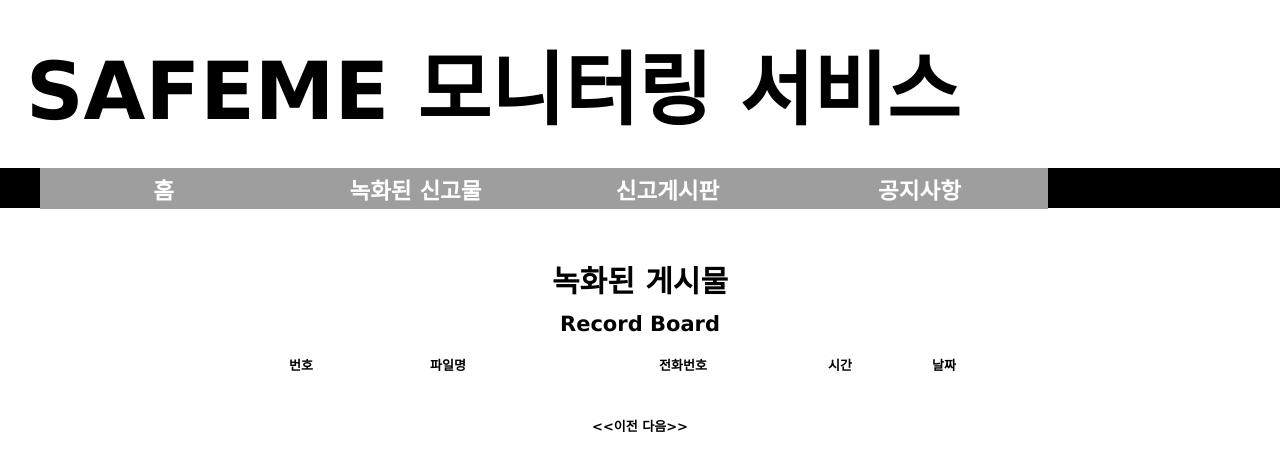
Repository: imdasom/SafeMe
Page: http://localhost/SafeMe/homepage/recordkesipan.jsp
An editor plug-in stored every save of this project. The page is shown before and after the next save, followed by the edit.
The browser window is 1280 px wide. The pictures show the whole page.
Pictures or frames that could not be fetched are drawn as grey boxes. The page is served by Tomcat 9. Queries for data that is not in the repository find no rows.

Above is the page before, as saved 2015-12-15 13:07:22.

### FinalSafeMeWeb/SafeMe/homepage/recordkesipan.jsp
<%@ page language="java" import="java.sql.*" contentType="text/html; charset=utf-8" pageEncoding="utf-8"%>
<html>
<head>
<jsp:include page="Home.jsp" flush="false" /></br></br>
<style>

</style>
<title>글 목록 보기</title>
</head>
<body bgcolor="white" text="black" link="blue" vlink="red" alink="red">
<p align="center"><br>
<div align="center"><h1>녹화된 게시물</h1>
<h1 style="font-size: 140%;">Record Board</h1>
<table border="0" cellpadding="0" cellspacing="0" width="700">
  	<tr style="background:#fof;">
        <td bgcolor="black"><table border="0" cellpadding="5" cellspacing="3" width="100%">
                <tr>
                    <th align="center" nowrap bgcolor="#FFFFFF"><p><font
                         size="2" color=black>번호</font></th>
                    <th width=250 align="center" nowrap bgcolor="#FFFFFF""><p><font
                         size="2" color=black>파일명</font></th>
                    <th width="200" align="center" nowrap bgcolor="#FFFFFF""><p><font
                         size="2" color=black>전화번호</font></th>
                    <th width="94" align="center" nowrap bgcolor="#FFFFFF""><p><font
                         size="2" color=black>시간</font></th>
                    <th width="94" align="center" nowrap bgcolor="#FFFFFF"><p><font
                         size="2" color=black>날짜</font></th>
                </tr>
<%
try {
	String b_date,b_time,b_phonenum,b_filename,b_loc_str,b_loc_lat,b_loc_lon;
        int b_id;

	int datacount=0;
        int pagecount;

      Class.forName("com.mysql.jdbc.Driver");
      Connection conn = DriverManager.getConnection("jdbc:mysql://localhost:3306/safemetest","root","test123");
      Statement stmt = conn.createStatement();

        ResultSet rs0=stmt.executeQuery("select count(id) from notify");

        if(rs0.next()) {
                datacount=rs0.getInt(1);
                rs0.close();
        }
        int pagesize=10;
        pagecount=datacount/(pagesize+1)+1;
        int mypage=1;
        int abpage=1;
        if(request.getParameter("mypage")!=null) {
                mypage=Integer.parseInt(request.getParameter("mypage"));
                abpage=(mypage-1)*pagesize+1;
		if(abpage <= 0 ) abpage=1;
        }

       ResultSet rs = stmt.executeQuery("select * from notify order by id desc");

	if(!rs.next()) {
		pagesize=0;
	} else {
		%>

		<%
		rs.absolute(abpage);
	}
	for(int k=1;k <= pagesize; k++) {
                b_id=rs.getInt(1);
                b_date=rs.getString(2);
                b_time=rs.getString(3);
                b_phonenum=rs.getString(4);
                b_filename=rs.getString(5);
                b_loc_str=rs.getString(6);
                b_loc_lat=rs.getString(7);
                b_loc_lon=rs.getString(8);
%>
                <tr>
                  <td align="center" bgcolor="#FFFFFF" ><p><font size="2"><%=b_id%></font></td>
                  <td width="364" align="left" bgcolor="#FFFFFF"><p><font
                       size="2">&nbsp;&nbsp;&nbsp;</font><a href="recordkesipan_view1.jsp?bid=<%=b_id%>"><font
                       size="2"><%=b_filename%></font></a></td>
                  <td width="94" align="center" nowrap bgcolor="#FFFFFF"><p><font
                       size="2"><%=b_phonenum%></font></td>
                  <td width="114" align="center" bgcolor="#FFFFFF"><p><font
                       size="2"><%=b_date%></font></td>
                  <td align="center" bgcolor="#FFFFFF" ><p><font size="2"><%=b_time%></font></td>
                </tr>
<%
		if(rs.getRow()==datacount){
			break;
		} else {
			rs.next();
		}
	}

	rs.close();
	stmt.close();
	conn.close();

%>
            </table></td>
 </tr>
</table></div><br>
<p align="center"><font size=2>
<%
        int gopage=1;
        if(mypage!=1) {
                gopage=mypage-1;
                out.println("<a href=recordkesipan.jsp?mypage="+gopage+"><<이전</a>  ");
        } else {
		out.println("<<이전");
	}
%>
<%
        if(mypage!=pagecount) {
                gopage=mypage+1;
                out.println("<a href=recordkesipan.jsp?mypage="+gopage+">다음>></a>  ");
        } else {
		out.println("다음>>");
	}
} catch (Exception e) {
	out.println(e);
}
%>

</font></p>
</body>
</html>

### FinalSafeMeWeb/SafeMe/homepage/Home.jsp
<%@ page language="java" contentType="text/html; charset=EUC-KR"
    pageEncoding="EUC-KR"%>
<!DOCTYPE html PUBLIC "-//W3C//DTD HTML 4.01 Transitional//EN" "http://www.w3.org/TR/html4/loose.dtd">
<html xmlns="http://www.w3.org/1999/xhtml">
                <head>
                        <meta http-equiv="Content-Type" content="text/html; charset=iso-8859-1" />
                        <title>대한민국 치안 방지 프로젝트</title>
                        <style type="text/css">
<!--
body{
	margin:0;
	padding:0;
	font: bold 15px/1.5em 맑은 고딕, Verdana, Arial, Helvetica, sans-serif;
	}
h2{
	font: bold 80px 맑은 고딕, Verdana, Arial, Helvetica, sans-serif;
	color: #000;
	margin: 26px;
	padding: 0px 0px 0px 0px;
	}

/*- Menu Tabs E--------------------------- */

    #tabsE {
      float:left;
      width:100%;
      background:#000;
      font-size:150%;
      line-height:normal;
      height: 40px;
      }
    #tabsE ul {
        margin:0;
        /* padding:10px 10px 0 50px; */
        list-style:none;
        text-align : center;
      }
    #tabsE li {
      display:inline;
      margin:0;
      padding:0;
      }
    #tabsE a {
      float:left;
      background:url("tableftE.gif") no-repeat left top;
      margin:0;
      padding:0 0 0 4px;
      text-decoration:none;
      width:20%;
      }
    #tabsE a span {
      float:left;
      display:block;
      background:url("tabrightE.gif") no-repeat right top;
      padding:5px 15px 4px 6px;
      color:#FFF;
      }
    /* Commented Backslash Hack hides rule from IE5-Mac \*/
    #tabsE a span {float:none;}
    /* End IE5-Mac hack */
    #tabsE a:hover span {
      color:#FFF;
      }
    #tabsE a:hover {
      background-position:0% -42px;
      }
    #tabsE a:hover span {
      background-position:100% -42px;
      }

        #tabsE #current a {
                background-position:0% -42px;
        }
        #tabsE #current a span {
                background-position:100% -42px;
        }
-->
/* 게시판 css */
table {
	border-collapse: collapse;
	border-bottom-color: #000;
	text-align:center;
}

tbody tr:first-child {
	color: #000;
	text-align:center;
}

thead {
	background-color: #f4f4f4; /* border-bottom:1px solid #f4f4f4; */
}

tbody tr:hover {
	cursor: pointer;
}

tbody tr:first-child th{
	background: #fff;
	coloe: #000;
}

</style>
                </head>

                <body>

                        <h2>SAFEME 모니터링 서비스</h2>
                        <div id="tabsE">
                                <ul>
                                        <!-- CSS Tabs -->
<li><a href="HomeImage.jsp"><span>홈</span></a></li>
<li><a href="recordkesipan.jsp"><span>녹화된 신고물</span></a></li>
<li><a href="sinkokyesipan.jsp"><span>신고게시판</span></a></li>
<li><a href="list1.jsp"><span>공지사항</span></a></li>

                                </ul>
                        </div>

                </body>

</html>

After the next save:
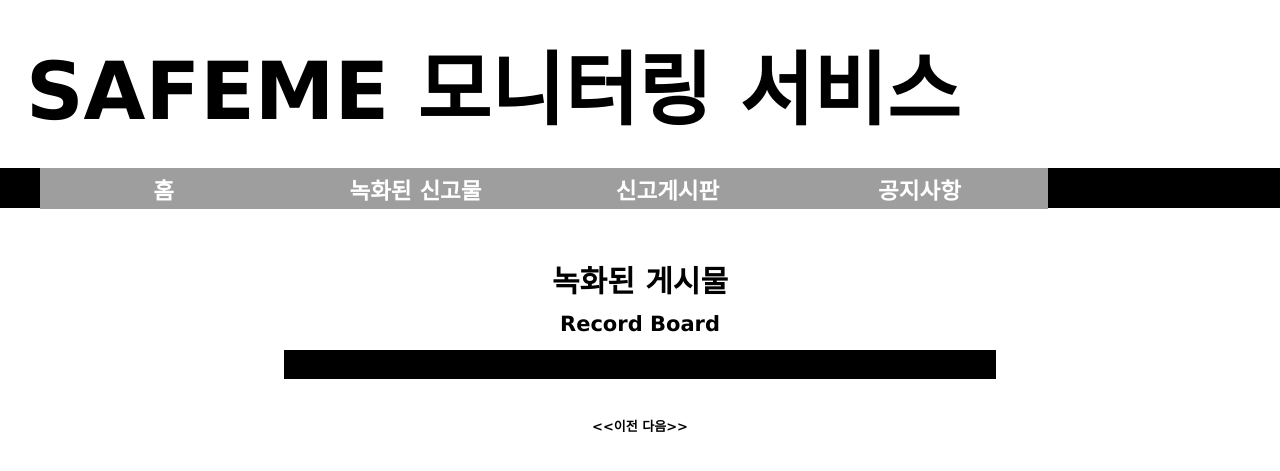
Saved 7 s later.
--- a/FinalSafeMeWeb/SafeMe/homepage/Home.jsp
+++ b/FinalSafeMeWeb/SafeMe/homepage/Home.jsp
@@ -96,8 +96,8 @@ tbody tr:hover {
 }
 
 tbody tr:first-child th{
-	background: #fff;
-	coloe: #000;
+	background: #000;
+	coloe: #fff;
 }
 
 </style>
